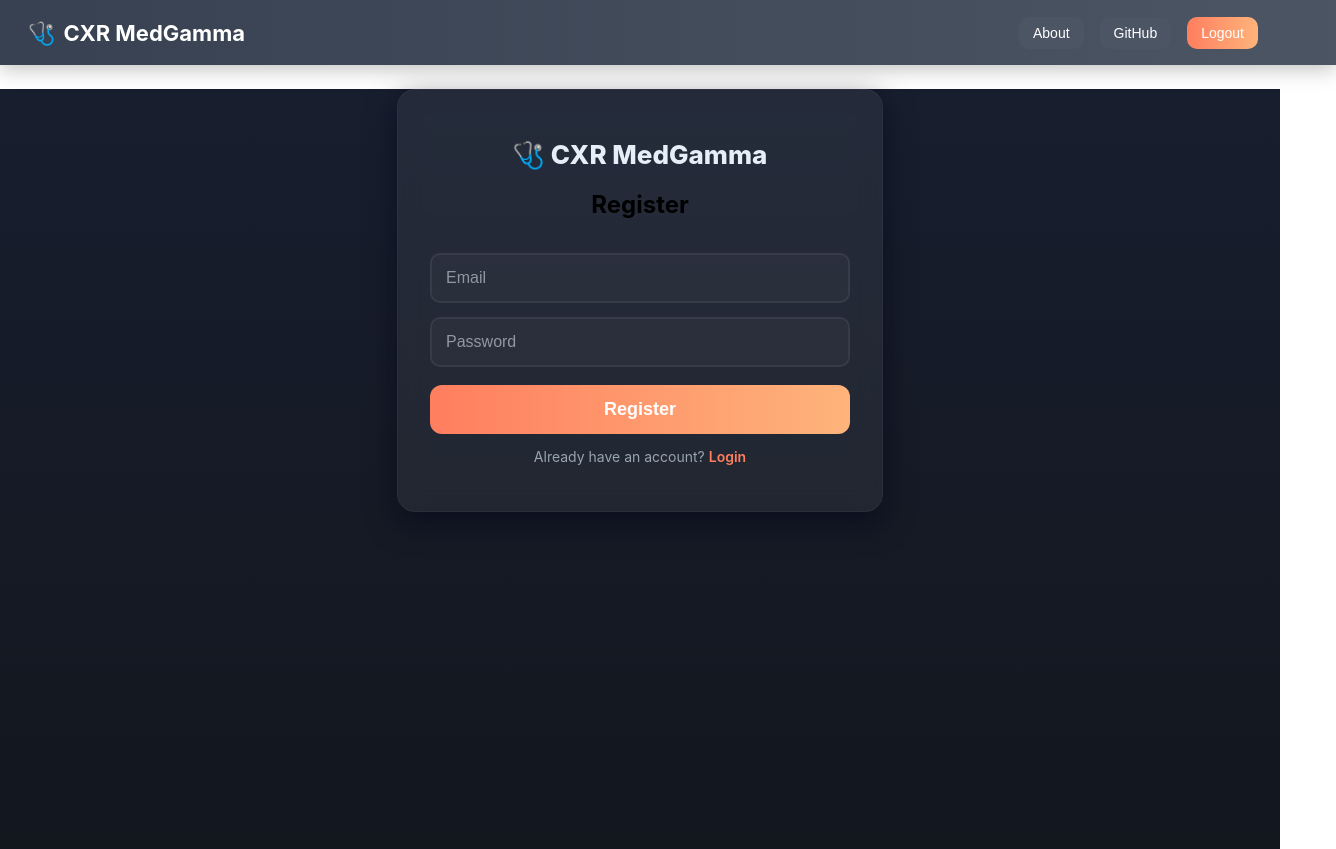
Repository: G-725/cxr-rrg
Page: /register (app in my-react-app/)
An editor plug-in stored every save of this project. The page is shown before and after the next save, followed by the edit.
The browser window is 1280 px wide. The page is 1336 px wide, so the pictures cover 1336 px, including what lies to the right of the window. The pictures show the whole page.
The project was rebuilt for these pictures with package versions that can differ from the ones it lists, and the page was loaded fresh each time. Also part of the build but not shown: my-react-app/src/pages/login.js, my-react-app/src/pages/UserDashboard.js. Imported but missing from the stored project, and not drawn on this page: my-react-app/src/api, my-react-app/src/pages/DoctorDashboard.

Above is the page before, as saved 2025-11-29 15:29:43.

After the next save:
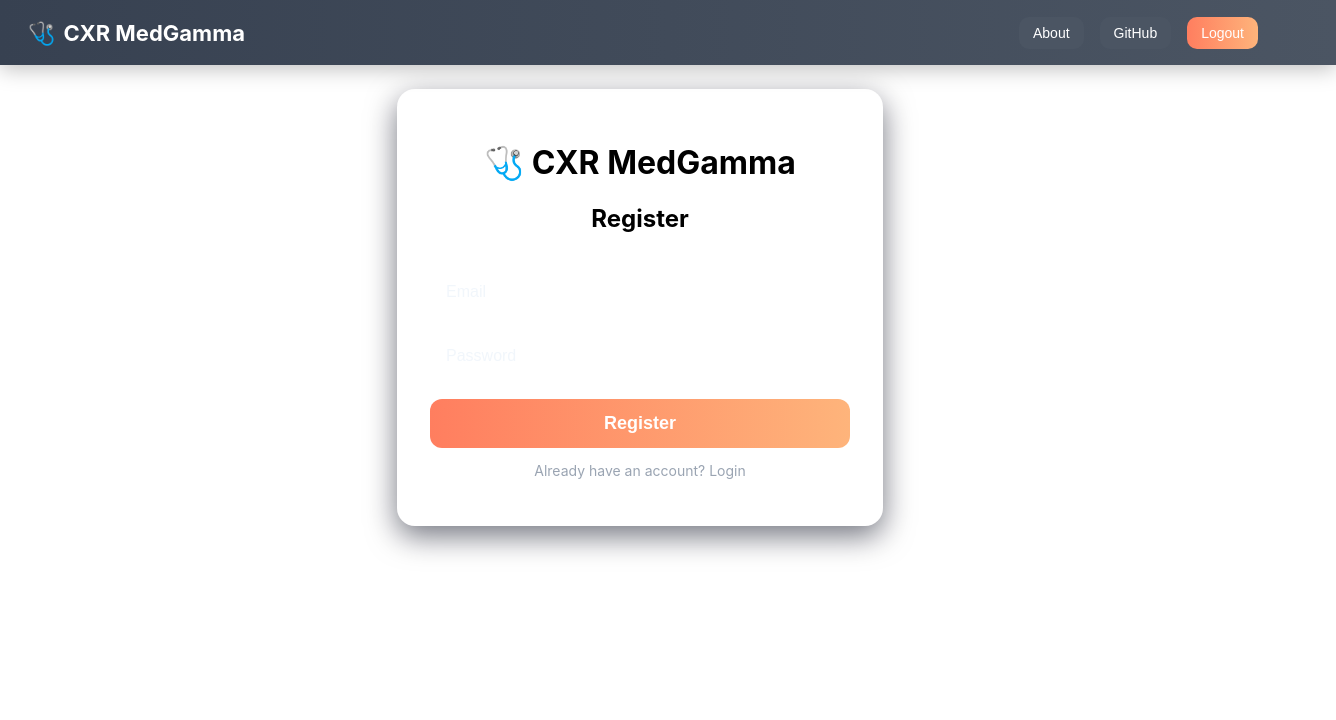
Saved 9 s later.
--- a/my-react-app/src/pages/Register.js
+++ b/my-react-app/src/pages/Register.js
@@ -8,53 +8,50 @@ function Register() {
   const nav = useNavigate();
   const [email, setEmail] = useState("");
   const [password, setPassword] = useState("");
-  const [isRegistering, setIsRegistering] = useState(false);
 
   const registerUser = async () => {
     try {
-      const emailPattern = /^[^\s@]+@[^\s@]+\.[^\s@]+$/;
-      if (!email || !password) return alert("Please provide email and password");
-      if (!emailPattern.test(email)) return alert("Please enter a valid email address");
-      if (password.length < 6) return alert("Password must be at least 6 characters");
+      await axios.post(`${API_URL}/api/auth/register`, {
+        email,
+        password,
+      });
 
-      setIsRegistering(true);
-      await axios.post(`${API_URL}/api/auth/register`, { email, password });
-      // Auto-login after successful registration to improve UX
-      try {
-        const res = await axios.post(`${API_URL}/api/auth/login`, { email, password });
-        localStorage.setItem("email", email);
-        localStorage.setItem("role", res.data.role || "user");
-        if (res.data.role === "doctor") nav("/doctor");
-        else nav("/user");
-      } catch (loginErr) {
-        // If auto-login fails, fallback to redirect to login; show notification
-        alert("Registered successfully! Please login to continue.");
-        nav("/");
-      }
+      alert("Registered successfully!");
+      nav("/");
     } catch (err) {
-      const msg = err?.response?.data?.error || "Failed to register.";
-      alert(msg);
-    } finally {
-      setIsRegistering(false);
+      alert("Registration failed.");
     }
   };
 
   return (
-    <div className="dashboard-bg">
-      <div className="premium-container">
-        <div className="auth-card pop-in">
-        <h1 className="ashom-title">🩺 CXR MedGamma</h1>
+    <div className="auth-container fade">
+      <div className="auth-card slide-up">
+        <h1 className="logo-title">🩺 CXR MedGamma</h1>
         <h2>Register</h2>
 
-        <input className="auth-input" placeholder="Email" value={email} onChange={(e)=>setEmail(e.target.value)} />
-        <input className="auth-input" type="password" placeholder="Password" value={password} onChange={(e)=>setPassword(e.target.value)} />
+        <input
+          className="auth-input"
+          placeholder="Email"
+          onChange={(e) => setEmail(e.target.value)}
+        />
 
-        <button className="auth-btn" onClick={registerUser} disabled={isRegistering}>{isRegistering ? "Registering…" : "Register"}</button>
+        <input
+          type="password"
+          className="auth-input"
+          placeholder="Password"
+          onChange={(e) => setPassword(e.target.value)}
+        />
+
+        <button className="auth-btn" onClick={registerUser}>
+          Register
+        </button>
 
         <p className="switch-text">
-          Already have an account? <span className="link" onClick={()=>nav("/")}>Login</span>
+          Already have an account?{" "}
+          <span onClick={() => nav("/")} className="link-text">
+            Login
+          </span>
         </p>
-        </div>
       </div>
     </div>
   );
